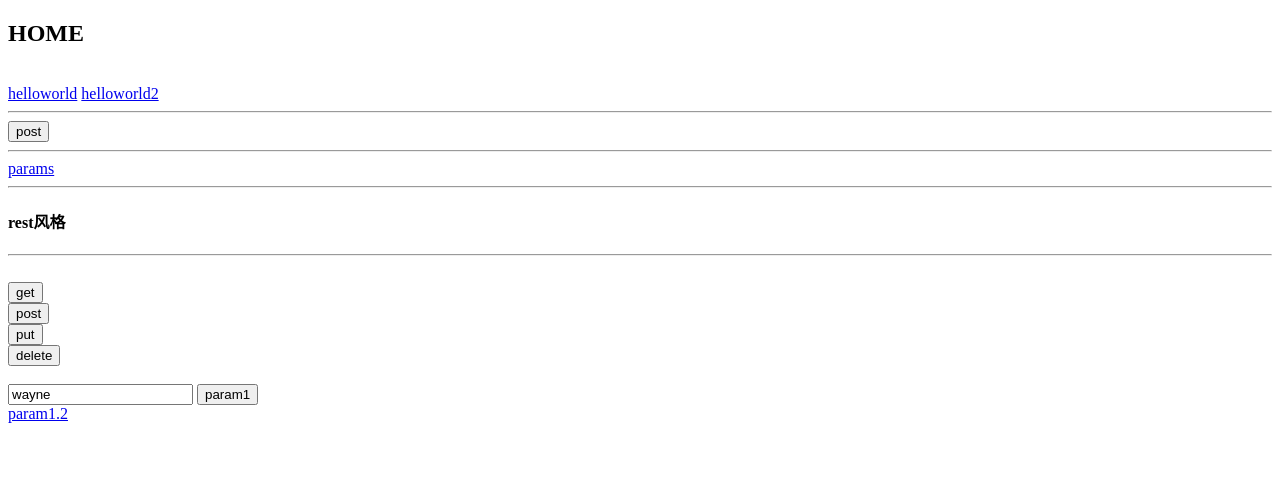
Repository: weiqilin66/workSpaceXD
Page: http://localhost/springmvc-1/
An editor plug-in stored every save of this project. The page is shown before and after the next save, followed by the edit.
The browser window is 1280 px wide. The pictures show the whole page.
The page is served by Tomcat 9. Other server files are loaded and not shown.

Above is the page before, as saved 2019-09-18 09:13:46.

### workspace/eclipseworkspace/ws01-study/springmvc-1/WebContent/index.jsp
<%@ page language="java" contentType="text/html; charset=utf-8"
    pageEncoding="UTF-8"%>
<!DOCTYPE html>
<html>
<head>
<meta charset="ISO-8859-1">
<title>Insert title here</title>
</head>
<body>
<h2>HOME</h2>
<br>
<a href="helloworld"> helloworld</a>
<a href="test/helloworld"> helloworld2</a>
<hr>
<!-- form表单指定method 默认是get -->
<form action="test/helloworldpost" method="post">
<input value="post" type="submit">
</form>
<hr>
<a href="test/params?username=joy&age=11"> params</a>
<hr>
<h4>rest风格</h4>
<hr>
<br>
<form action="rest/1" method="get">
<input type="submit" value="get">
</form>
<form action="rest" method="post">
<input type="submit" value="post">
</form>
<form action="rest/3" method="post">
<input  type="hidden" name="_method" value="put">
<input type="submit" value="put">
</form>
<form action="rest/4" method="post">
<input  type="hidden" name="_method" value="delete">
<input type="submit" value="delete">
</form>
<br>
<form action="param1">
<input type="text" value="wayne" name="username">
<input type="submit" value="param1">
</form>
<a href="param1"> param1.2</a>
<br>
<br>
<br>
<br>
<br>
</body>
</html>

After the next save:
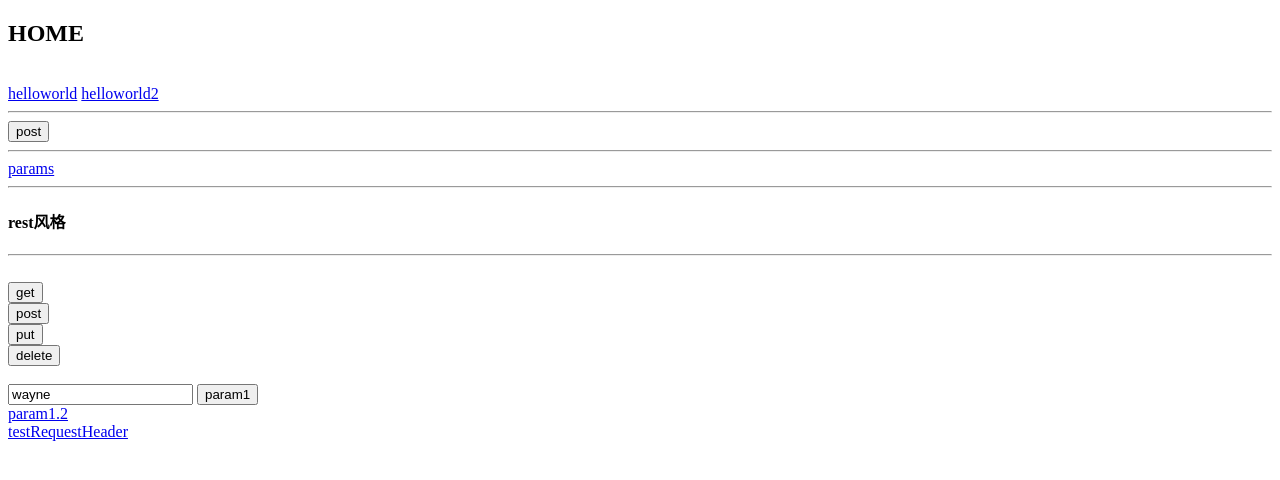
Saved 32 s later.
--- a/workspace/eclipseworkspace/ws01-study/springmvc-1/WebContent/index.jsp
+++ b/workspace/eclipseworkspace/ws01-study/springmvc-1/WebContent/index.jsp
@@ -42,7 +42,9 @@
 <input type="submit" value="param1">
 </form>
 <a href="param1"> param1.2</a>
+
 <br>
+<a href="testRequestHeader"> testRequestHeader</a>
 <br>
 <br>
 <br>
